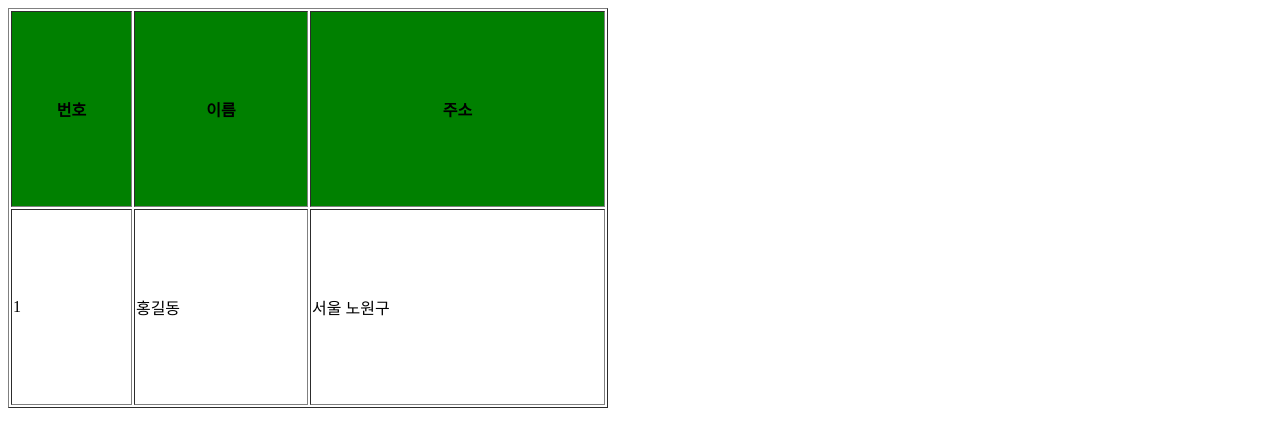
Repository: sungeunbyeol/Nowon-ezen-jsp
Page: test/WebContent/test08.html
An editor plug-in stored every save of this project. The page is shown before and after the next save, followed by the edit.
The browser window is 1280 px wide. The pictures show the whole page.

Above is the page before, as saved 2021-11-02 03:05:06.

After the next save:
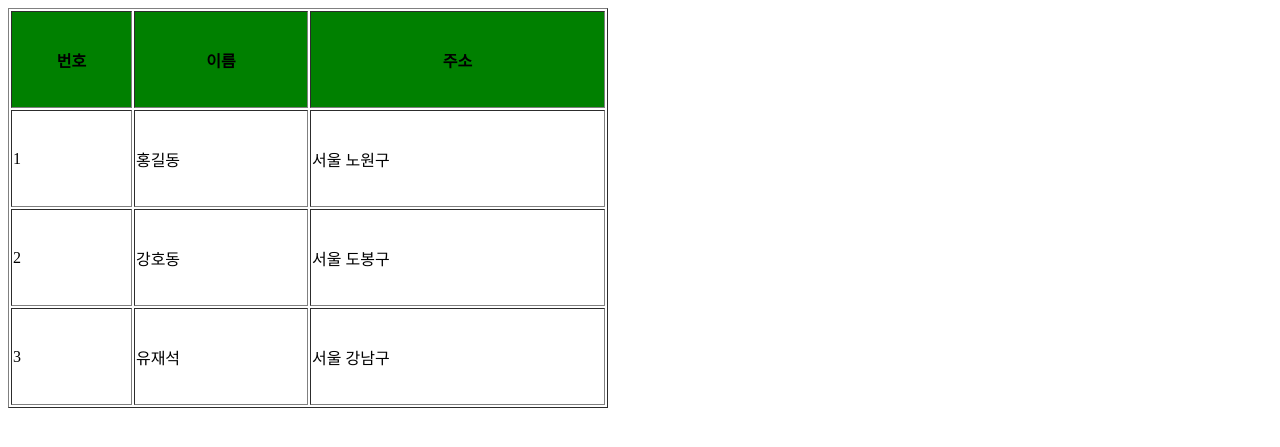
Saved 18 min 1 s later.
--- a/test/WebContent/test08.html
+++ b/test/WebContent/test08.html
@@ -17,6 +17,16 @@
 			<td>홍길동</td>
 			<td>서울 노원구</td>
 		</tr>
+		<tr>
+			<td>2</td>
+			<td>강호동</td>
+			<td>서울 도봉구</td>
+		</tr>
+		<tr>
+			<td>3</td>
+			<td>유재석</td>
+			<td>서울 강남구</td>
+		</tr>
 	</table>
 </body>
 </html>
